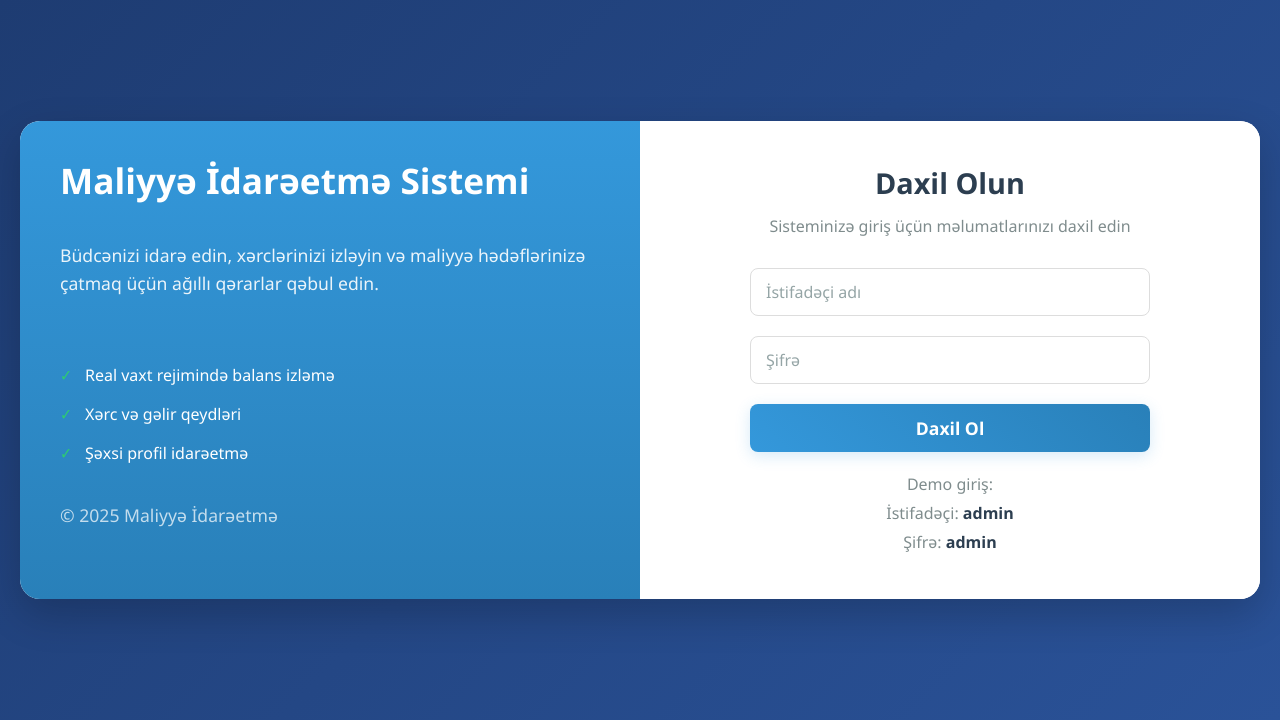
Repository: ferhadsultan98/financialmanagement
Page: /login
The author's editor kept a copy of each file at every save. The page is drawn from the files as they stood at one save, then again after a run of saves.
The browser window is 1280 px wide. The pictures show the whole page.
The project was rebuilt for these pictures with package versions that can differ from the ones it lists, and the page was loaded fresh each time. Also part of the build but not shown: vite.config.js, src/Styles/Sidebar.scss, src/Components/Sidebar/Navbar.jsx, src/Components/Sidebar/ProfileModal.jsx, src/Components/Sidebar/Sidebar.jsx, src/Components/Layout/MainLayout.jsx, src/Pages/Home/Home.jsx, src/Pages/AddExpense/AddExpense.jsx and 2 more.

Above is the page before, as saved 2025-03-24 00:00:51.

After the next 2 saves:
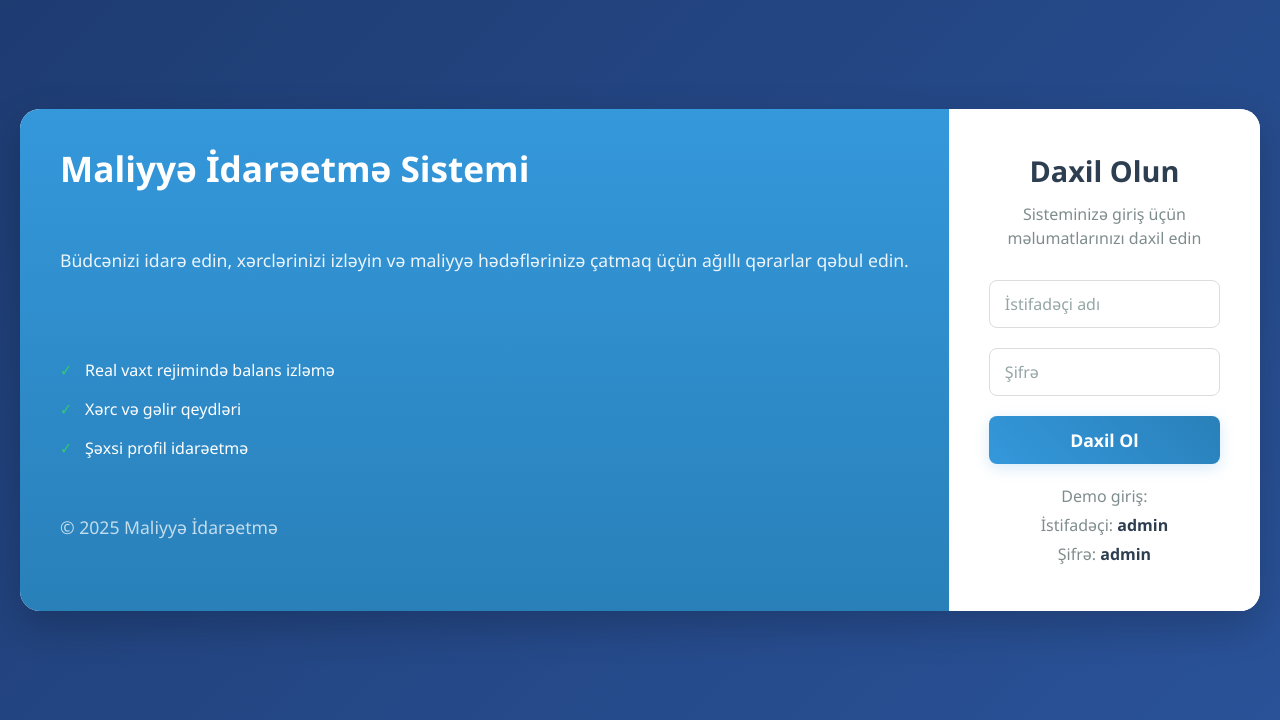
The 2 saves are shown as one change because they came seconds apart.
The last was saved 12 s later.
--- a/src/Components/Login/Login.scss
+++ b/src/Components/Login/Login.scss
@@ -19,7 +19,7 @@
 }
 
 .login-left {
-  flex: 1;
+  display: flex;
   background: linear-gradient(180deg, #3498db 0%, #2980b9 100%);
   color: white;
   padding: 40px;
@@ -51,7 +51,7 @@
       padding-left: 25px;
 
       &:before {
-        content: '✓';
+        content: "✓";
         position: absolute;
         left: 0;
         color: #2ecc71;

After the 3 saves that followed:
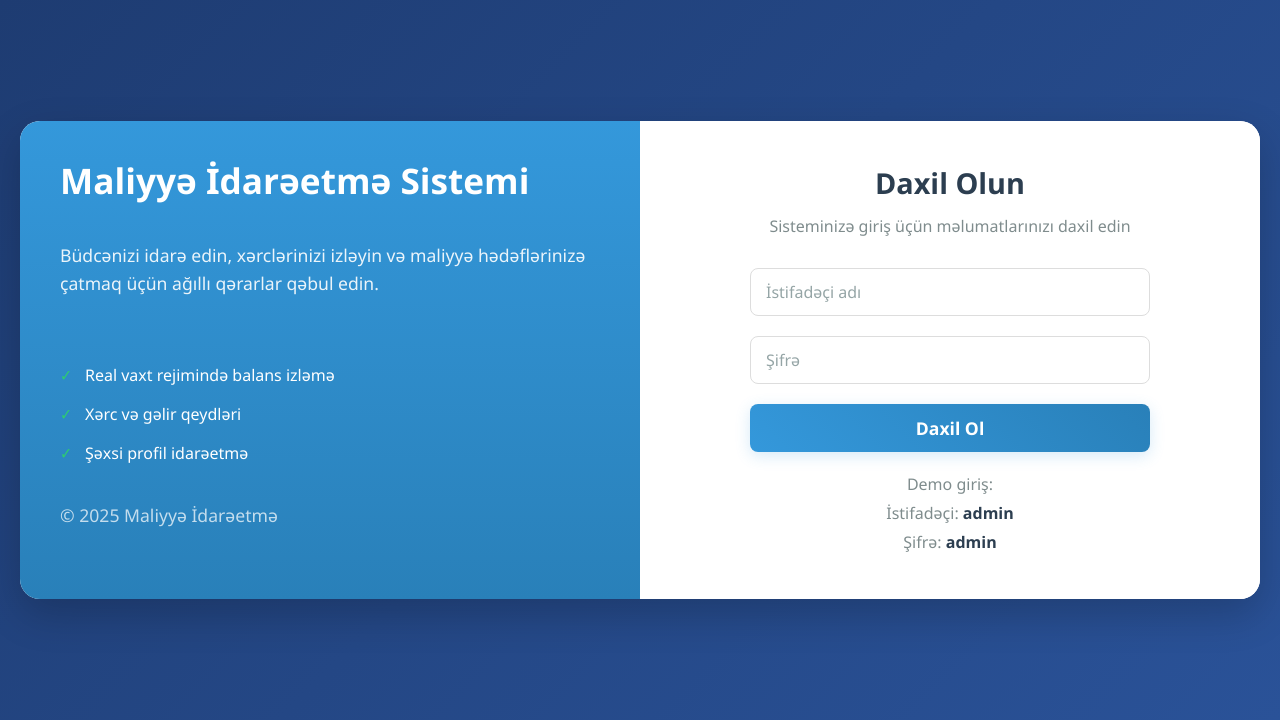
The 3 saves are shown as one change because 2 left the picture as it was.
The last was saved 53 s later.
--- a/src/Components/Login/Login.scss
+++ b/src/Components/Login/Login.scss
@@ -19,7 +19,7 @@
 }
 
 .login-left {
-  display: flex;
+  flex: 1;
   background: linear-gradient(180deg, #3498db 0%, #2980b9 100%);
   color: white;
   padding: 40px;
@@ -51,7 +51,7 @@
       padding-left: 25px;
 
       &:before {
-        content: "✓";
+        content: '✓';
         position: absolute;
         left: 0;
         color: #2ecc71;
